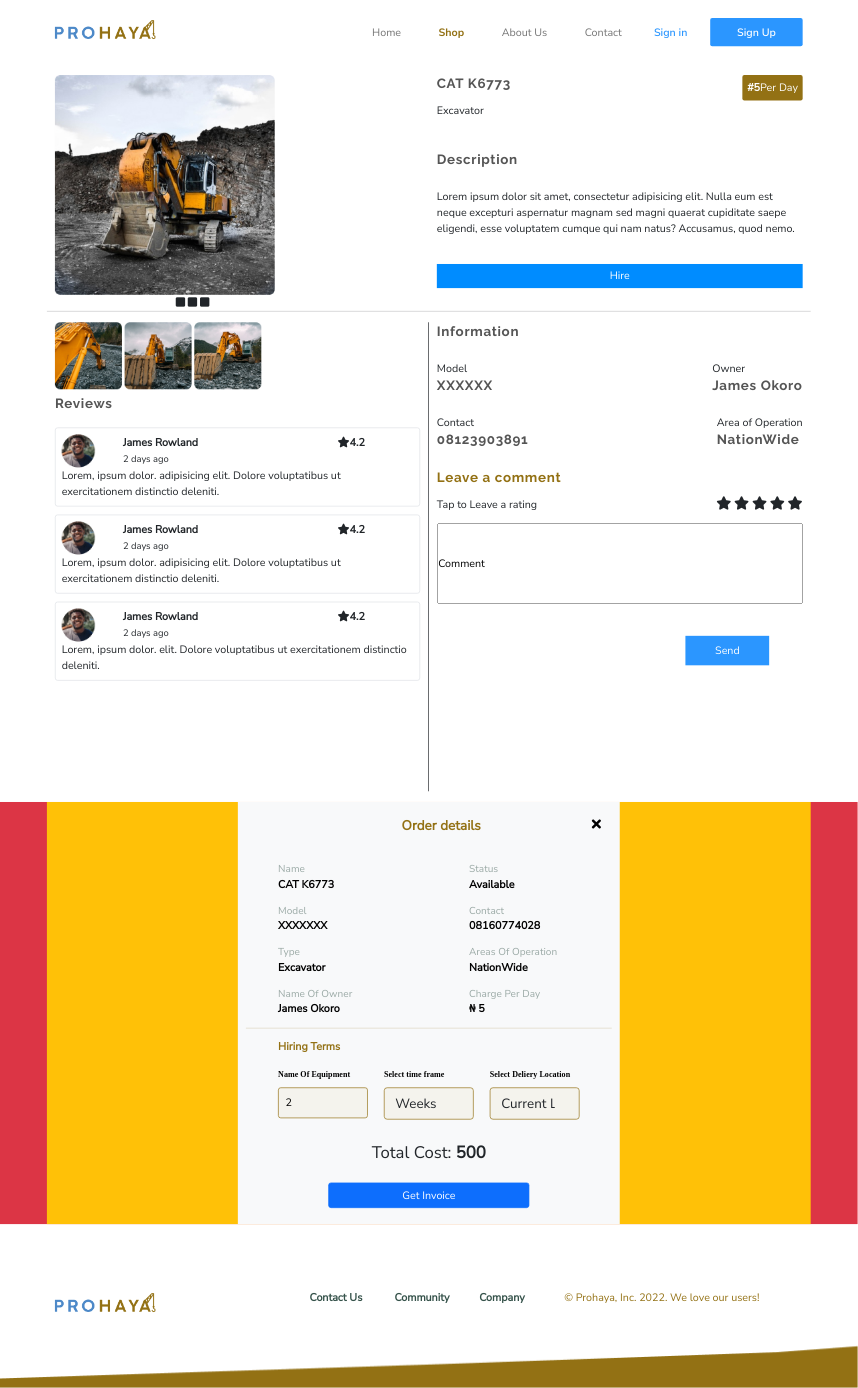
Repository: stormcelltech/Prohaya-UI
Page: equipdetails.html
The author's editor kept a copy of each file at every save. The page is drawn from the files as they stood at one save, then again after the next save.
The browser window is 1280 px wide. The pictures show the whole page, at 67% of full size.
Some web libraries are served in a nearby version.

Above is the page before, as saved 2022-04-21 04:29:11.
Console error: TypeError: $(...).owlCarousel is not a function

### equipdetails.html
<!DOCTYPE html>
<html lang="en">
<head>
    <meta charset="UTF-8">
    <meta http-equiv="X-UA-Compatible" content="IE=edge">
    <meta name="viewport" content="width=device-width, initial-scale=1.0">
    <title>Equipment Details</title>
    <script src="./assets/js/jquery-3.6.0.js"></script>
    <script src="./assets/bootstrap/dist/js/bootstrap.bundle.js"></script>
    <link rel="stylesheet" href="assets/bootstrap/dist/css/bootstrap.css">
    <link rel="stylesheet" href="./assets/css/custom.css">
    <link rel="stylesheet" href="./assets/css/carousel.css">
    <script src="https://kit.fontawesome.com/151ccf5101.js" crossorigin="anonymous"></script>
    <link rel="stylesheet" href="assets/fontawesome/css/all.css">

</head>

<body>
    <nav class="navbar navbar-expand-lg navbar-light custom-navWidth bg-light">
        <div class="container">
            <a class="navbar-brand" href="#"><img src="assets/img/logo/logo.png" class="logo" alt=""></a>
            <button class="navbar-toggler" type="button" data-bs-toggle="collapse" data-bs-target="#navbarSupportedContent" aria-controls="navbarSupportedContent" aria-expanded="false" aria-label="Toggle navigation">
            <span class="navbar-toggler-icon"></span>
          </button>
            <div class="collapse navbar-collapse" id="navbarSupportedContent">
                <ul class="navbar-nav custom-nav-link ms-auto mb-2 mb-lg-0">
                    <li class="nav-item">
                        <a class="nav-link" aria-current="page" href="#">Home</a>
                    </li>
                    <li class="nav-item">
                        <a class="nav-link active custom-active" href="shop.html">Shop</a>
                    </li>

                    <li class="nav-item">
                        <a class="nav-link" href="#">About Us</a>
                    </li>

                    <li class="nav-item">
                        <a class="nav-link" href="#">Contact</a>
                    </li>
                </ul>
                <div class="custom-nav-btn-container">
                    <a href="login.html" class="signin-link">Sign in</a>
                    <a href="signup.html" class="custom-btn-primary">Sign Up</a>
                </div>
            </div>
        </div>
    </nav>




        <div class="equip-detail py-3">
           <div class="flexend"> <!--row-->
                <!-- <div class="spann">  -->
                   <!-- <img src="./assets/img/background/Vector.png" alt="">
                </div> -->

              <div class="equipmain "> <!--col col-md-8 col-sm-12 -->
                <div class="container">
                    <div class="row">
                         <div class="img-main col col-sm-12 col-md-6">
                             <img src="./assets/img/background/unsplash_1je5j4aN2RI.jpg">
                              <div class="dots">
                                <i class="fa-solid fa-square"></i>
                                <i class="fa-solid fa-square"></i>
                                <i class="fa-solid fa-square"></i>
                              </div>
                         </div>
                         <div class="col col-md-6 col-sm-12">
                            <div class="direct">
                                <div class="left">
                                    <h4><strong>CAT K6773</strong></h4>
                                    <p>Excavator</p>
                                </div>
                                <div class="right">
                                      <button class="mybtn" style="color: white;"><strong>#5</strong>Per Day</button>
                                </div>
                            </div>
                            <div class="text-area py-3">
                                <h4 class="py-3"><strong>Description</strong></h4>
                                <p class="pb-4">Lorem ipsum dolor sit amet, consectetur adipisicing elit.
                                   Nulla eum est neque excepturi aspernatur magnam sed magni
                                   quaerat cupiditate saepe eligendi, esse voluptatem cumque
                                   qui nam natus? Accusamus, quod nemo.</p>
                                   <div class="mybtn">Hire</div>
                            </div>
                         </div>
                    </div>
                    <div class="two">


                        <div class="row flex">
                            <hr>
                            <div class="left col col-md-6 col-sm-12">
                               <img src="./assets/img/background/unsplash_fO58WAxzE68.jpg" alt="">
                               <img src="./assets/img/background/unsplash_hGncIpZnSBw.jpg" alt="">
                               <img src="./assets/img/background/unsplash_WoZs8gGyQBY.jpg" alt="">
                               <h4 class="py-2"><strong>Reviews</strong></h4>
                               <div class="border">
                                   <div class="row ">
                                       <div class="col col-md-2 col-sm-12"><img src="./assets/img/background/unsplash_2EGNqazbAMk.jpg" alt="" style="width:50px ;"></div>
                                       <div class="col col-md-7 col-sm-12"><strong>James Rowland</strong><br><span class="primary"><small>2 days ago</small></span></div>
                                       <div class="col col-md-3 col-sm-12"><i class="fa-solid fa-star"></i><strong>4.2</strong></div>
                                   </div>
                                    Lorem, ipsum dolor. adipisicing elit. Dolore voluptatibus ut exercitationem distinctio deleniti.
                               </div>
                               <div class="border">
                                   <div class="row ">
                                       <div class="col col-md-2 col-sm-12"><img src="./assets/img/background/unsplash_2EGNqazbAMk.jpg" alt="" style="width:50px ;"></div>
                                       <div class="col col-md-7 col-sm-12"><strong>James Rowland</strong><br><span><small>2 days ago</small></span></div>
                                       <div class="col col-md-3 col-sm-12"><i class="fa-solid fa-star"></i><strong>4.2</strong></div>
                                   </div>
                                   Lorem, ipsum dolor. adipisicing elit. Dolore voluptatibus ut exercitationem distinctio deleniti.
                               </div>
                               <div class="border">
                                   <div class="row ">
                                       <div class="col col-md-2 col-sm-12"><img src="./assets/img/background/unsplash_2EGNqazbAMk.jpg" alt="" style="width:50px ;"></div>
                                       <div class="col col-md-7 col-sm-12"><strong>James Rowland</strong><br><span><small>2 days ago</small></span></div>
                                       <div class="col col-md-3 col-sm-12"><i class="fa-solid fa-star"></i><strong>4.2</strong></div>
                                   </div>
                                  Lorem, ipsum dolor. elit. Dolore voluptatibus ut exercitationem distinctio deleniti.
                               </div>
                            </div>

                            <div class="right col col-md-6 col-sm-12">
                                <h4><strong>Information</strong></h4>
                                <div class="flex-item pt-3">
                                    <div class="one">Model<h4><strong>XXXXXX</strong></h4></div>
                                    <div class="two">Owner<h4><strong>James Okoro</strong></h4></div>
                                </div>
                                <div class="flex-item pt-3">
                                    <div class="one">Contact<h4><strong>08123903891</strong></h4></div>
                                    <div class="two">Area of Operation<h4><strong>NationWide</strong></h4></div>
                                </div>
                                <h4 class="pt-3" style="color: #937114;"><strong>Leave a comment</strong></h4>
                                <div class="star-area">
                                    <div class="rate"><p>Tap to Leave a rating</p></div>
                                    <div class="rate">
                                        <i class="fa-solid fa-star"></i>
                                        <i class="fa-solid fa-star"></i>
                                        <i class="fa-solid fa-star"></i>
                                        <i class="fa-solid fa-star"></i>
                                        <i class="fa-solid fa-star"></i>
                                    </div>
                                </div>
                                <form class="equip-detail-form">
                                    <input type="text" id="fname" name="firstname" placeholder="Comment">
                                </form>
                                <button class="mybttn mt-5">Send</button>

                            </div>


                        </div>


                   </div>
                </div>

              </div>

                <!-- <div class="spa">
                    <img src="./assets/img/background/Vector.jpg" alt="">
                </div> -->
           </div>
        </div>






    <section class=" bg-danger">
        <div class="container bg-warning ">
            <div class="row bg-warning  justify-content-center">
                <div class="col-md-6 bg-light">
                    <div class="row  custom-order px-3">
                        <div class="col-8 my-4"><span class="custom-det my-4">Order details</span></div>
                        <div class="col-4 my-4"><a href="#"><i class="fas fa-xmark custom-xmark "></i></a></div>
                    </div>
                    <div class="row my-3">
                        <div class="col-6">
                            <div class="row px-5 text-start">
                                <span class="custom-name-span">Name</span>
                                <span class="custom-cat-span ">CAT K6773</span>
                            </div>
                        </div>
                        <div class="col-6">
                            <div class="row px-5 text-start">
                                <span class="custom-name-span">Status</span>
                                <span class="custom-cat-span">Available</span>
                            </div>
                        </div>
                    </div>
                    <div class="row my-3">
                        <div class="col-6">
                            <div class="row px-5 text-start">
                                <span class="custom-name-span">Model</span>
                                <span class="custom-cat-span">XXXXXXX</span>
                            </div>
                        </div>
                        <div class="col-6">
                            <div class="row px-5 text-start">
                                <span class="custom-name-span">Contact</span>
                                <span class="custom-cat-span">08160774028</span>
                            </div>
                        </div>
                    </div>
                    <div class="row my-3">
                        <div class="col-6">
                            <div class="row px-5 text-start">
                                <span class="custom-name-span">Type</span>
                                <span class="custom-cat-span">Excavator</span>
                            </div>
                        </div>
                        <div class="col-6">
                            <div class="row px-5 text-start">
                                <span class="custom-name-span">Areas Of Operation</span>
                                <span class="custom-cat-span">NationWide</span>
                            </div>
                        </div>
                    </div>
                    <div class="row my-3">
                        <div class="col-6">
                            <div class="row px-5 text-start">
                                <span class="custom-name-span">Name Of Owner</span>
                                <span class="custom-cat-span">James Okoro</span>
                            </div>
                        </div>
                        <div class="col-6">
                            <div class="row px-5 text-start">
                                <span class="custom-name-span">Charge Per Day</span>
                                <span class="custom-cat-span">₦ 5</span>
                            </div>
                        </div>
                    </div>

                    <div>
                        <hr class="custom-hr-color">
                    </div>
                    <div class="row my-3">
                        <div class="col-md-12">
                            <div class="row px-5 text-start">
                                <span class="custom-terms">Hiring Terms</span>
                            </div>
                        </div>
                    </div>
                    <form action="">
                        <div class="row my-3 px-5">
                            <div class="col-md-4">
                                <div class=" ">
                                    <label for="exampleFormControlInput1" class="form-label custom-entry">Name Of Equipment</label>
                                    <input type="text" class="form-control custom-deliver" id="exampleFormControlInput1" placeholder="2">
                                </div>
                            </div>
                            <div class="col-md-4">
                                <div class="">
                                    <label for="exampleFormControlInput1" class="form-label custom-entry">Select time frame</label>
                                    <select class="form-select custom-delivery form-select-lg mb-3" aria-label=".form-select-lg example">
                                        <option selected>Weeks</option>
                                        <option value="1">1</option>
                                        <option value="2">2</option>
                                        <option value="3">3</option>
                                      </select>
                                </div>
                            </div>
                            <div class="col-md-4">
                                <div class="">
                                    <label for="exampleFormControlInput1" class="form-label custom-entry">Select Deliery Location</label>
                                    <select class="form-select custom-delivery form-select-lg mb-3" aria-label=".form-select-lg example">
                                        <option selected>Current Location</option>
                                        <option value="1">Port Harcourt</option>
                                        <option value="2">Lagos</option>
                                        <option value="3">Abuja</option>
                                      </select>
                                </div>
                            </div>
                        </div>
                        <div class="row ">
                            <span class="text-center custom-cost">Total Cost: <strong>500</strong></span>
                        </div>
                        <div class="row custom-invoice-div my-4">
                            <button type="submit" class="btn btn-primary custom-invoice-btn">Get Invoice</button>
                        </div>
                    </form>



                </div>
            </div>
        </div>

    </section>




    <footer class="footer-settings">
        <div class="container">
            <div class="row mt-5">
                <div class="col-md-12">
                    <div class="row">
                        <div class="col-md-4">
                            <div class="logo-brand">
                                <img src="./assets/img/logo/logo.png" alt="">
                            </div>
                        </div>
                        <div class="col-md-4">
                            <div class="col-md-12">
                                <div class="row">
                                    <div class="col-md-4">
                                        <a href="#" class="footer-link">Contact Us</a>
                                    </div>
                                    <div class="col-md-4">
                                        <a href="#" class="footer-link">Community</a>
                                    </div>
                                    <div class="col-md-4">
                                        <a href="#" class="footer-link">Company</a>
                                    </div>
                                </div>
                            </div>
                        </div>
                        <div class="col-md-4">
                            <div class="footer-copyright">
                                © Prohaya, Inc. 2022. We love our users!
                            </div>
                        </div>
                    </div>
                </div>
            </div>


        </div>

    </footer>

    <div class="footer-cover">
    </div>









    <script src="./assets/js/slider.js"></script>

</body>
</html>

Loaded but not shown: assets/js/jquery-3.6.0.js (library); assets/bootstrap/dist/js/bootstrap.bundle.js (library); assets/bootstrap/dist/css/bootstrap.css (library); assets/fontawesome/css/all.css (library); assets/js/slider.js (95 lines, source omitted); assets/css/custom.css (1467 lines, source omitted); assets/css/carousel.css (558 lines, source omitted)

After the next save:
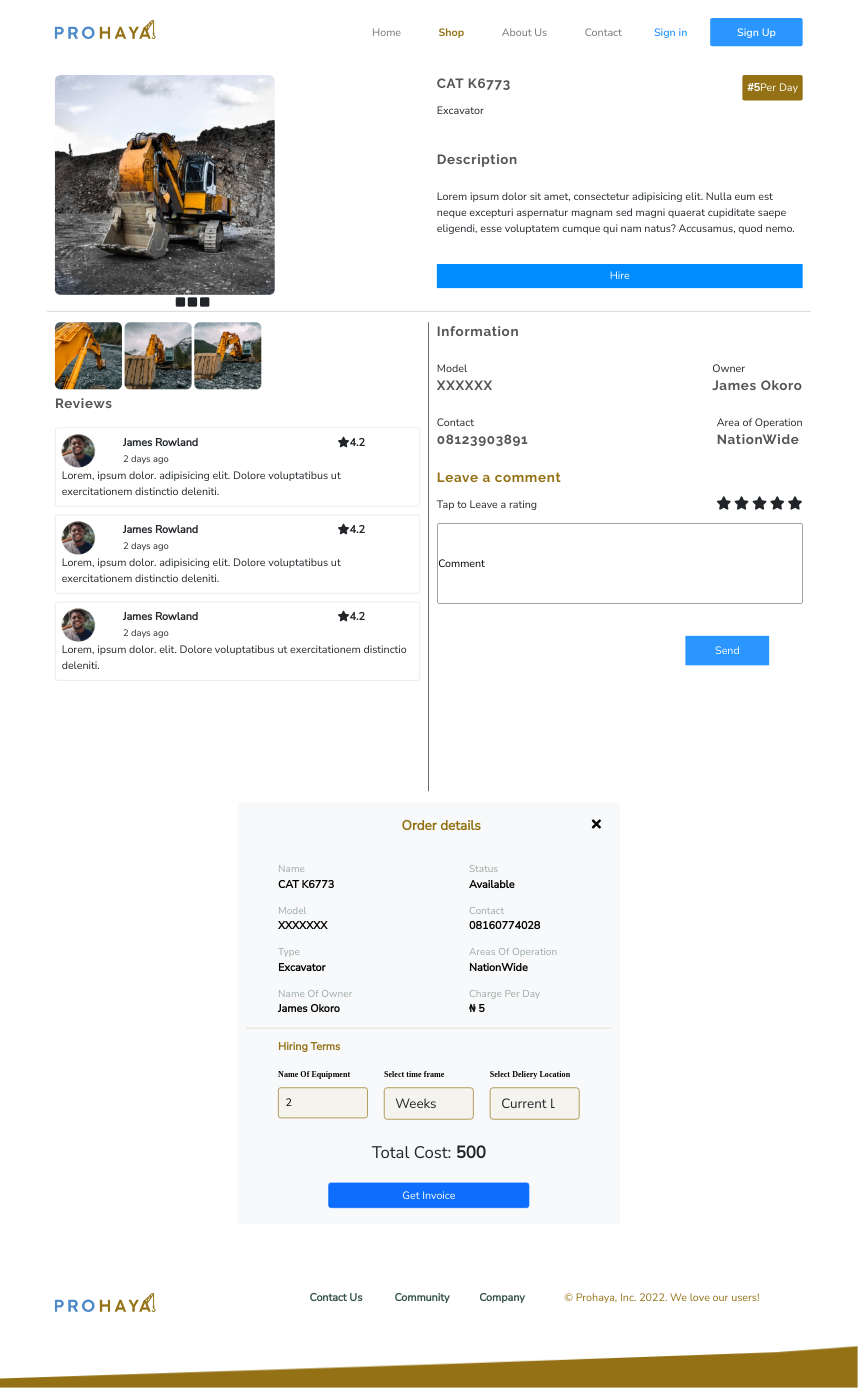
Saved 54 s later.
--- a/equipdetails.html
+++ b/equipdetails.html
@@ -171,9 +171,9 @@
 
 
 
-    <section class=" bg-danger">
-        <div class="container bg-warning ">
-            <div class="row bg-warning  justify-content-center">
+    <section class="">
+        <div class="container">
+            <div class="row justify-content-center">
                 <div class="col-md-6 bg-light">
                     <div class="row  custom-order px-3">
                         <div class="col-8 my-4"><span class="custom-det my-4">Order details</span></div>
